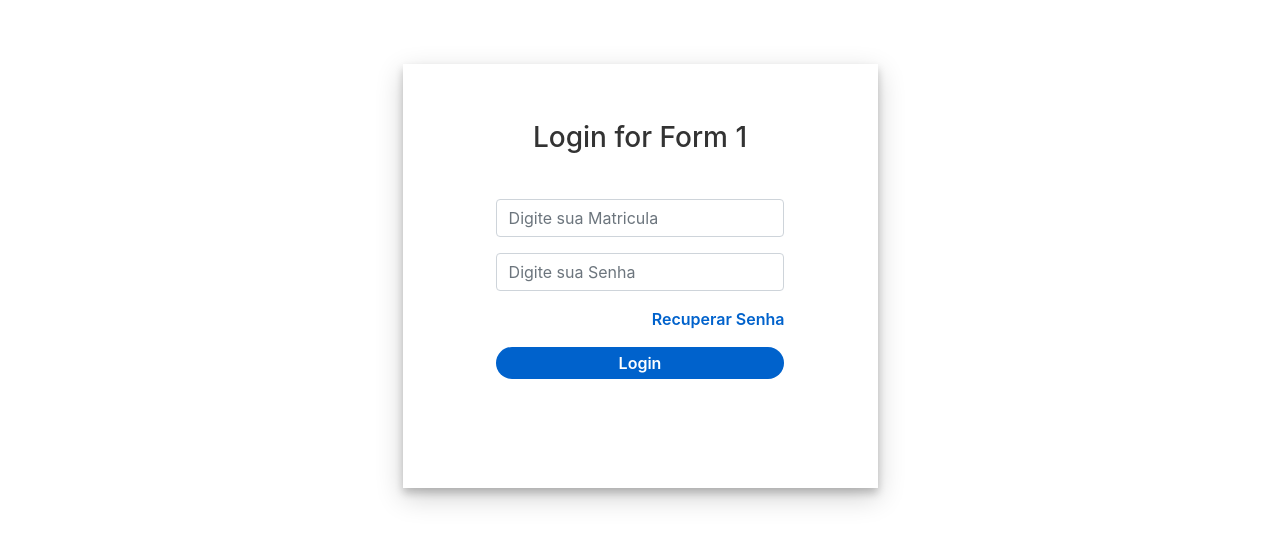
Repository: gabrielfeliphe/AssistenciaTecnica
Page: http://localhost/PI-AssistenciaTecnica/
An editor plug-in stored every save of this project. The page is shown before and after the next save, followed by the edit.
The browser window is 1280 px wide. The pictures show the whole page.
The page is served by Tomcat 9.

Above is the page before, as saved 2021-10-03 00:46:31.
Console error: TypeError: Cannot read properties of undefined (reading 'fn')

After the next save:
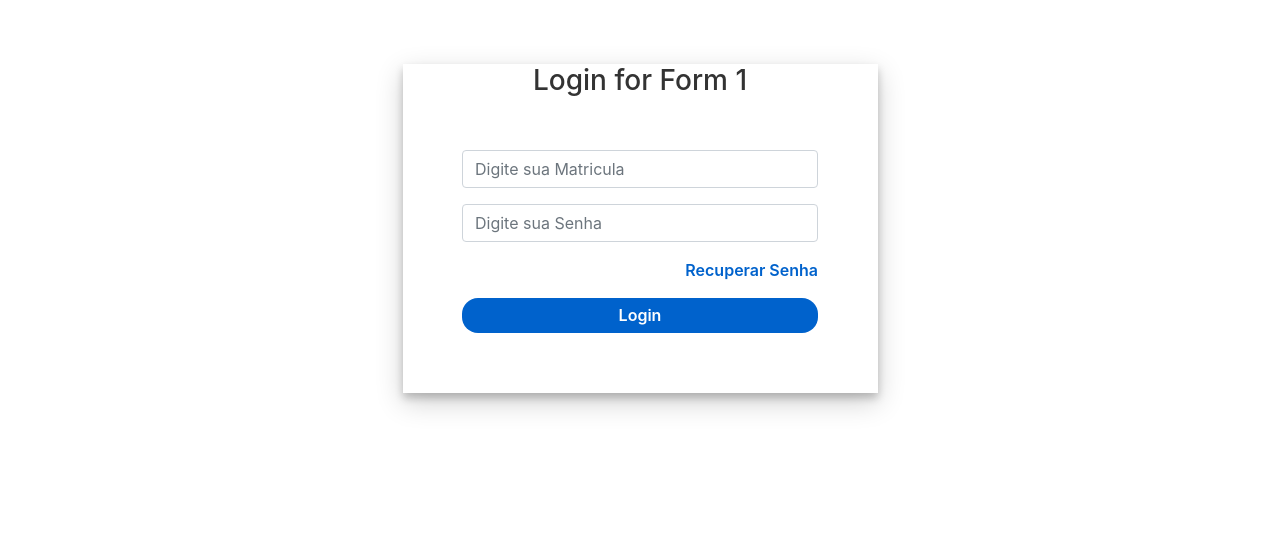
Saved 5 s later.
--- a/PI-AssistenciaTecnica/WebContent/css/login.css
+++ b/PI-AssistenciaTecnica/WebContent/css/login.css
@@ -3,7 +3,7 @@
     margin-bottom: 5%;
 }
 .login-form-1{
-    padding: 5%;
+
     box-shadow: 0 5px 8px 0 rgba(0, 0, 0, 0.2), 0 9px 26px 0 rgba(0, 0, 0, 0.19);
      margin: 0 auto;
  	 width: 100%;
